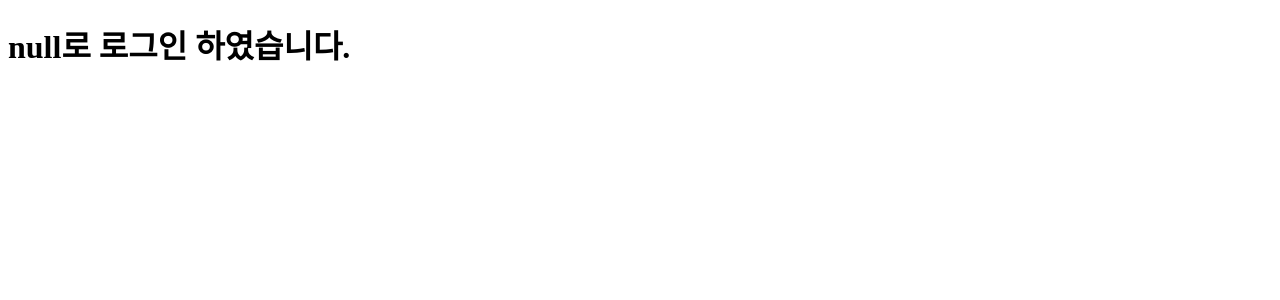
Repository: Yang-Seungjae/JSPservlet
Page: http://localhost/example1/ex8-exam/mainpage.jsp
An editor plug-in stored every save of this project. The page is shown before and after the next save, followed by the edit.
The browser window is 1280 px wide. The pictures show the whole page.
The page is served by Tomcat 9.

Above is the page before, as saved 2023-05-23 04:44:25.

After the next save:
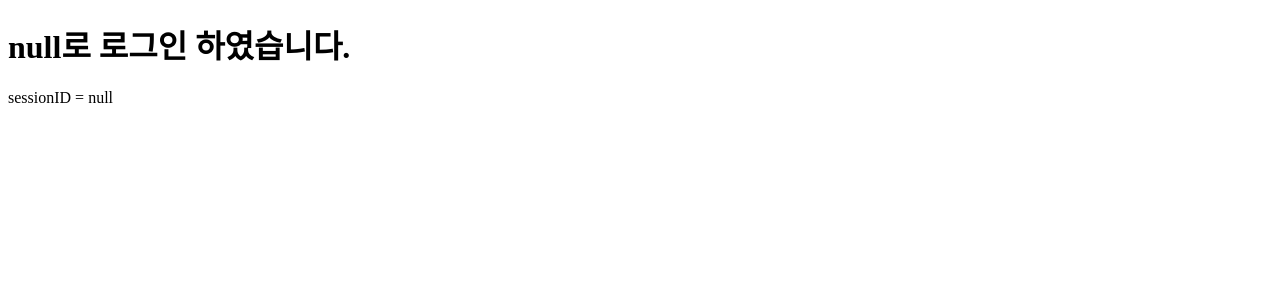
Saved 2 min 2 s later.
--- a/example1/src/main/webapp/ex8-exam/mainpage.jsp
+++ b/example1/src/main/webapp/ex8-exam/mainpage.jsp
@@ -9,8 +9,10 @@
 <body>
 <%
 	String id = (String)session.getAttribute("id");
+String sessionID = (String)session.getAttribute("id");
 %>
 <h1><%= id %>로 로그인 하였습니다. <br/></h1>
+sessionID = <%= sessionID %> <br/>
 
 </body>
 </html>
